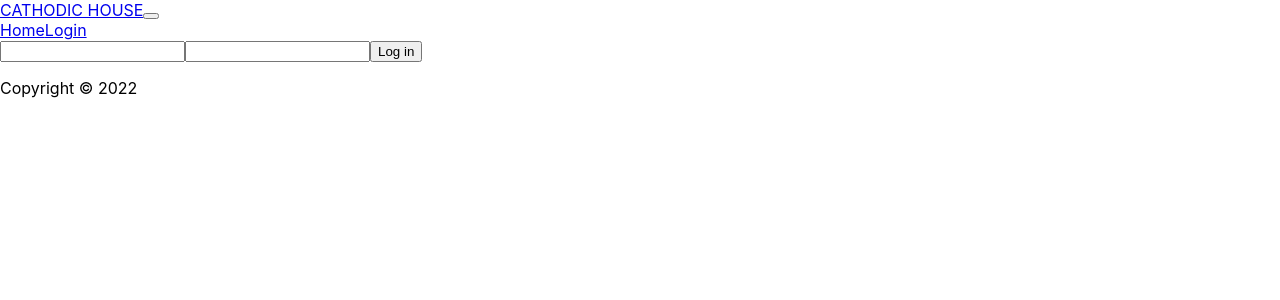
Repository: grnisna/warehouse-management-client-11
Page: /login
The author's editor kept a copy of each file at every save. The page is drawn from the files as they stood at one save, then again after the next save.
The browser window is 1280 px wide. The pictures show the whole page.
The project was rebuilt for these pictures with package versions that can differ from the ones it lists, and the page was loaded fresh each time. Also part of the build but not shown: src/components/Home/Carosel/Carosel.css, src/components/Home/Carosel/Carosel.js, src/components/Hooks/UseItems/UseItems.js, src/components/Home/Item/Item.css, src/components/Home/Item/Item.js, src/components/Home/Items/Items.css, src/components/Home/Items/Items.js, src/components/Home/Home.js and 2 more.

Above is the page before, as saved 2022-05-09 12:03:41.

### src/App.js
import { Route, Routes } from 'react-router-dom';
import Login from './components/Login/Login/Login';
import Header from './components/Home/Header/Header';
import Home from './components/Home/Home';
import ItemDetail from './components/Home/ItemDetail/ItemDetail';
import Footer from './components/Home/Footer/Footer';
import Carosel from './components/Home/Carosel/Carosel';


function App() {
  return (
    <div>
      <Header></Header>
      <Routes>
        <Route path='/' element={<Home></Home>} ></Route>
        <Route path='/home' element={<Home></Home>} ></Route>
        <Route path='/carosel' element={<Carosel></Carosel>} ></Route>
        <Route path='/itemDetail/:itemId' element={<ItemDetail></ItemDetail>} ></Route>
        <Route path='/login' element={<Login></Login>} ></Route>
      </Routes>
      <Footer></Footer>
    </div>
  );
}

export default App;

### src/components/Login/Login/Login.js
import React from 'react';
import auth from './firebase/firebase.init';
import { useCreateUserWithEmailAndPassword } from 'react-firebase-hooks/auth';

const Login = () => {
    const [
        createUserWithEmailAndPassword,
        user,
        loading,
        error,
      ] = useCreateUserWithEmailAndPassword(auth);

      const handleSignIn = event =>{
          event.preventDefault();
          const email = event.target.email.value;
          const password = event.target.password.value;
        createUserWithEmailAndPassword(email,password);
      }
    return (
        <div>
            <form onSubmit={handleSignIn} >
                <input type="email" name="email" id="" />
                <input type="password" name="password" id="" />
                <input type="submit" value="Log in" />
            </form>
        </div>
    );
};

export default Login;

### src/components/Home/Header/Header.js
import React from 'react';
import { Container, Nav, Navbar } from 'react-bootstrap';
import { Link } from 'react-router-dom';

const Header = () => {
    return (
        <Navbar collapseOnSelect expand="lg" bg="dark" variant="dark">
            <Container>
                <Navbar.Brand as={Link} to="/home">CATHODIC HOUSE</Navbar.Brand>
                <Navbar.Toggle aria-controls="responsive-navbar-nav" />
                <Navbar.Collapse id="responsive-navbar-nav">
                    <Nav className="me-auto">
                        <Nav.Link href="#"></Nav.Link>
                        <Nav.Link href="#"></Nav.Link>

                    </Nav>
                    <Nav>
                        <Nav.Link as={Link} to="/home">Home</Nav.Link>
                        <Nav.Link eventKey={2}as={Link} to='/login'>
                            Login
                        </Nav.Link>
                    </Nav>
                </Navbar.Collapse>
            </Container>
        </Navbar>
    );
};

export default Header;

### src/components/Home/Footer/Footer.js
import React from 'react';

const Footer = () => {
    const date = new Date().getFullYear();
    return (
        <div>
            <p><span>Copyright &copy; {date} </span></p>
        </div>
    );
};

export default Footer;

### src/components/Login/Login/firebase/firebase.init.js
// Import the functions you need from the SDKs you need
import { initializeApp } from "firebase/app";

import { getAuth } from "firebase/auth";
// TODO: Add SDKs for Firebase products that you want to use
// https://firebase.google.com/docs/web/setup#available-libraries

// Your web app's Firebase configuration
// For Firebase JS SDK v7.20.0 and later, measurementId is optional
const firebaseConfig = {
  apiKey: process.env.REACT_APP_apiKey,
  authDomain: process.env.REACT_APP_authDomain,
  projectId: process.env.REACT_APP_projectId,
  storageBucket: process.env.REACT_APP_storageBucket,
  messagingSenderId: process.env.REACT_APP_messagingSenderId,
  appId: process.env.REACT_APP_appId,
  measurementId: process.env.REACT_APP_measurementId
};

// Initialize Firebase
const app = initializeApp(firebaseConfig);

const auth = getAuth(app);

export default auth;

Loaded but not shown: src/index.js (common file); src/index.css (common file); src/reportWebVitals.js (common file)

After the next save:
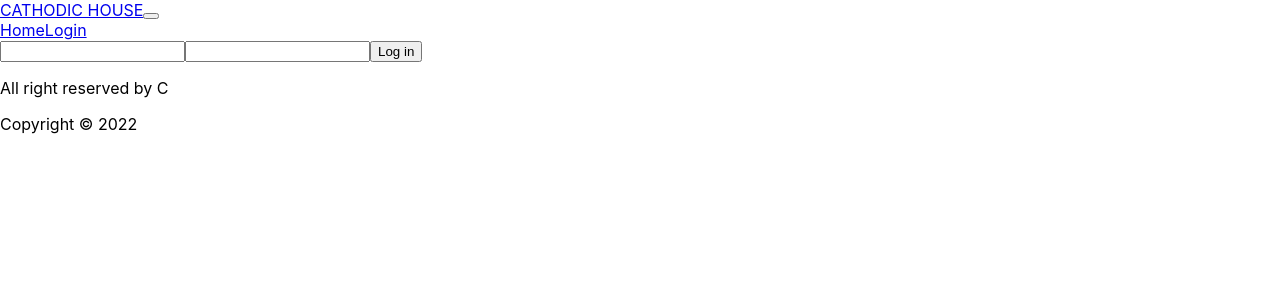
Saved 45 s later.
--- a/src/components/Home/Footer/Footer.js
+++ b/src/components/Home/Footer/Footer.js
@@ -4,6 +4,7 @@ const Footer = () => {
     const date = new Date().getFullYear();
     return (
         <div>
+            <p>All right reserved by C</p>
             <p><span>Copyright &copy; {date} </span></p>
         </div>
     );
